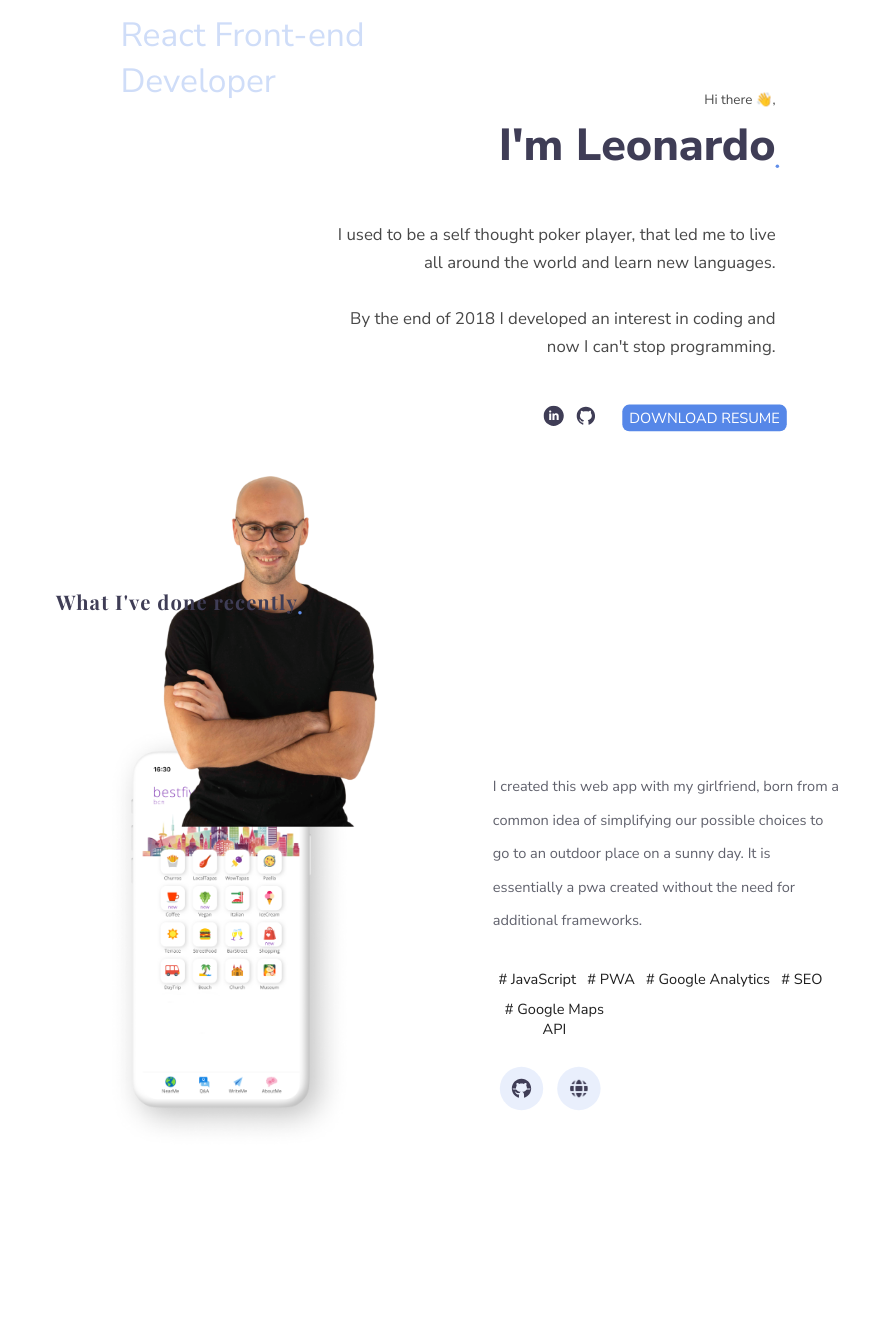
Repository: Easaaa/Portfolio-2020
Page: index.html
The author's editor kept a copy of each file at every save. The page is drawn from the files as they stood at one save, then again after the next save.
The browser window is 1280 px wide. The pictures show the part of the page from y = 0 to 1920 px (the page is 6588 px tall), at 70% of full size.
The style sheet was rebuilt from its Sass, Less or Tailwind sources for each picture, by a compiler version that may differ from the author's.

Above is the page before, as saved 2020-02-28 15:53:03.

### index.html
<!DOCTYPE html>
<html lang="en">
  <head>
    <meta charset="UTF-8" />
    <meta name="viewport" content="width=device-width, initial-scale=1.0" />
    <meta http-equiv="X-UA-Compatible" content="ie=edge" />
    <link rel="stylesheet" href="/stylesheets/css/main.css" />
    <title>leonardotononi.com</title>
  </head>
  <body>
    <header>
      <div class="actions">
        <div class="socials">
          <a target="_blank" href="https://www.linkedin.com/in/leonardo-tononi/"
            ><img src="/assets/linkedin-with-circle.svg" alt="linkedin icon"
          /></a>
          <a target="_blank" href="https://github.com/Easaaa"
            ><img src="/assets/github-filled.svg" alt="github icon"
          /></a>
        </div>
        <div class="resume-btn">
          <a href="#">Download Resume</a>
        </div>
      </div>

      <div class="content-header">
        <div class="text-header-col">
          <p class="sub-title">Hi there 👋,</p>
          <h1>
            I'm Leonardo
          </h1>
          <p class="about-title">
            I like learn <br />
            I’m indipendent <br />
            I’m courious
          </p>
          <p class="about-title-desktop">
            I used to be a self thought poker player, that led me to live all
            around the world and learn new languages. <br /><br />

            By the end of 2018 I developed an interest in coding and now I can't
            stop programming.
          </p>
          <div class="actions-desktop">
            <div class="socials">
              <a
                target="_blank"
                href="https://www.linkedin.com/in/leonardo-tononi/"
                ><img src="/assets/linkedin-with-circle.svg" alt="linkedin icon"
              /></a>
              <a target="_blank" href="https://github.com/Easaaa"
                ><img src="/assets/github-filled.svg" alt="github icon"
              /></a>
            </div>
            <div class="resume-btn">
              <a href="#">Download Resume</a>
            </div>
          </div>
          <h4>React Front-end Developer</h4>
        </div>
        <img
          src="/assets/leo-black.png"
          class="image-me-desktop"
          alt="leonardo photo"
        />
      </div>
    </header>
    <section class="works-section">
      <h2>
        What I've done recently
      </h2>
      <div class="work">
        <img src="/assets/bestfive.png" alt="iphone mockup" class="iphone" />
        <div class="work-details">
          <p>
            I created this web app with my girlfriend, born from a common idea
            of ​​simplifying our possible choices to go to an outdoor place on a
            sunny day. It is essentially a pwa created without the need for
            additional frameworks.
          </p>
          <ul class="lan-tag">
            <li># JavaScript</li>
            <li># PWA</li>
            <li># Google Analytics</li>
            <li># SEO</li>
            <li style="width: 11rem;"># Google Maps API</li>
          </ul>
          <div class="project-links">
            <a target="_blank" href="https://github.com/Easaaa/Bestfive-bcn"
              ><img src="/assets/github.svg" alt="git hub icon"
            /></a>
            <a target="_blank" href="https://bestfivebcn.com"
              ><img src="/assets/web.png" alt="world icon"
            /></a>
          </div>
        </div>
      </div>
      <div class="work odds">
        <img
          src="/assets/toureo-admin.png"
          alt="laptop mockup"
          class="desktop"
        />
        <div class="work-details">
          <p>
            After creating the first application and having hard coded the data,
            clearly not the smartest thing, I thought of creating an
            administration page from where I can create and manage the data from
            the database and then pull it from the mobile web app.
            <em
              >If you want have a look, write me an email, because you need the
              access.</em
            >
          </p>
          <ul class="lan-tag">
            <li># React.js</li>
            <li style="width: 10rem;"># Firebase Auth</li>
            <li># Firestore</li>
          </ul>
          <div class="project-links">
            <a
              target="_blank"
              href="https://github.com/Easaaa/admin-app-bestfive"
              ><img src="/assets/github.svg" alt="git hub icon"
            /></a>
            <a target="_blank" href="https://bestfivebcn.netlify.com/"
              ><img src="/assets/web.png" alt="world icon"
            /></a>
          </div>
        </div>
      </div>
      <div class="work">
        <img
          src="/assets/hotel-vittoria.png"
          alt="laptop mockup"
          class="desktop"
        />
        <div class="work-details">
          <p>
            This project with a italian hotel was my first approach to
            programming. In 2018 I made a web site with multilingual support
            with plain Html, css and JavaScript. On this
            <a target="_blank" href="https://vittoriahotel.eu">link</a> you can
            see the previous web and below you can see the new web app that is
            nearly ready to be deployed and so how my skills and tastes have
            evolved.
          </p>
          <ul class="lan-tag">
            <li># Gatsby.js</li>
            <li># Mobile View</li>
            <li># Booking.com API</li>
          </ul>
          <div class="project-links">
            <a
              target="_blank"
              href="https://github.com/Easaaa/hotel-vittoria-2020"
              ><img src="/assets/github.svg" alt="git hub icon"
            /></a>
            <a target="_blank" href="https://hotelvittoria.netlify.com/"
              ><img src="/assets/web.png" alt="world icon"
            /></a>
          </div>
        </div>
      </div>
      <div class="work odds">
        <img
          src="/assets/books-manager.png"
          alt="laptop mockup"
          class="desktop"
        />
        <div class="work-details">
          <p>
            This is a simple project made with react redux to test my
            understanding and the power of this stack.
          </p>
          <ul class="lan-tag">
            <li># React.js</li>
            <li># Redux</li>
            <li># Firebase Auth</li>
            <li># Google Books APIs</li>
          </ul>
          <div class="project-links">
            <a target="_blank" href="https://github.com/Easaaa/Book-manager"
              ><img src="/assets/github.svg" alt="git hub icon"
            /></a>
            <a target="_blank" href="https://books-manager.netlify.com/"
              ><img src="/assets/web.png" alt="world icon"
            /></a>
          </div>
        </div>
      </div>
      <h2>
        What I'm currently working on
      </h2>
      <div class="work">
        <img
          src="/assets/toureo-proto.png"
          alt="iphone mockup"
          class="iphone"
        />
        <div class="work-details">
          <p>
            I am recreating the first application (bestfive). The aim is to
            create the application with React Native, building more complex
            features, such as a more functional map, with filters and better
            interactions.
          </p>
          <ul class="lan-tag">
            <li># ReactNative</li>
            <li># Firebase</li>
          </ul>
          <div class="project-links"></div>
        </div>
      </div>
    </section>
    <section class="skill-section">
      <h2>
        Skills
      </h2>
      <ul class="skills">
        <li><img src="/assets/icon-skills/javascript.svg" alt="" /></li>
        <li><img src="/assets/icon-skills/react.svg" alt="" /></li>
        <li><img src="/assets/icon-skills/redux.svg" alt="" /></li>
        <li><img src="/assets/icon-skills/gatsby.svg" alt="" /></li>
        <li><img src="/assets/icon-skills/firebase.svg" alt="" /></li>
        <li><img src="/assets/icon-skills/sass.svg" alt="" /></li>
        <li><img src="/assets/icon-skills/html-5.svg" alt="" /></li>
        <li><img src="/assets/icon-skills/css-3.svg" alt="" /></li>
        <li><img src="/assets/icon-skills/logo-pwa.svg" alt="" /></li>
        <li><img src="/assets/icon-skills/figma.svg" alt="" /></li>
      </ul>
    </section>
    <footer>
      <h2>How to contact me</h2>
      <p>
        I am available for freelancer jobs and to work in your company. If you
        think I would be a good fit for you, send me an email.
      </p>
      <a href="mailto:leonardotononi@gmail.com" target="_top">
        <h5>leonardotononi@gmail.com</h5></a
      >
      <a href="/CV ENG - 02:2020.pdf" download>Download resume</a>
      <div class="social-links">
        <a target="_blank" href="https://www.linkedin.com/in/leonardo-tononi/"
          ><img src="/assets/linkedin-with-circle.svg" alt="linkedin icon"
        /></a>
        <a target="_blank" href="https://github.com/Easaaa"
          ><img src="/assets/github-filled.svg" alt="github icon"
        /></a>
      </div>
    </footer>
  </body>
</html>

### stylesheets/scss/main.scss
@import url("https://fonts.googleapis.com/css?family=Nunito+Sans:400,600,700,800&display=swap");
@import url("https://fonts.googleapis.com/css?family=Playfair+Display:500,700&display=swap");

* {
  padding: 0;
  margin: 0;
  box-sizing: border-box;
}

html {
  height: 100%;
  font-family: "Nunito Sans", sans-serif;
  -ms-text-size-adjust: 100%;
  -webkit-text-size-adjust: 100%;
}

body {
  width: 100%;
  height: 100%;
  -webkit-font-smoothing: antialiased;
  -moz-osx-font-smoothing: grayscale;
  font-size: 16px;
  display: block;
  min-width: 100%;
  margin-right: auto;
  margin-left: auto;
  float: right;
  clear: none;
  color: #1e1e1e;
  font-style: normal;
}

// GENERAL STYLE

ul li {
  list-style: none;
}

h2 {
  font-size: 1.8rem;
  color: #3f3d56;
  font-weight: 900;
  position: relative;
  font-family: "Playfair Display", serif;
  letter-spacing: 1.6px;

  &:after {
    content: "";
    width: 5px;
    height: 5px;
    background-color: #618ee9;
    border-radius: 50%;
    bottom: 0;
    position: absolute;
  }
}

a {
  cursor: pointer;
}

// HEADER

header {
  width: 100%;
  padding: 1rem 0 4rem 0;
  height: 90vh;

  .actions-desktop {
    display: none
  }

  .actions {
    padding: 0 1rem;
    width: 100%;
    display: flex;
    justify-content: space-between;

    img {
      margin: 0 5px;
      width: 30px;
    }

    .resume-btn {
      padding-top: 4px;

      a {
        background-color: #5687E8;
        padding: 5px 10px;
        border-radius: 10px;
        color: #fff;
        text-decoration: none;
        text-transform: uppercase;
        transition: background-color 150ms ease-in-out;

        &:hover {
          background-color: #4670c5;
        }
      }
    }
  }

  .content-header {
    padding: 3rem 0;
    border-radius: 5px;
    height: 450px;
    top: 50%;
    position: relative;
    margin-top: -225px;

    .sub-title {
      font-size: 1.2rem;
      padding: 0 2rem;
    }

    .about-title-desktop {
      display: none;
    }
  }

  h1 {
    color: #3f3d56;
    font-size: 2.5rem;
    text-align: end;
    font-weight: 900;
    padding: 0 2rem;
    position: relative;

    &:after {
      content: "";
      width: 5px;
      height: 5px;
      background-color: #618ee9;
      border-radius: 50%;
      bottom: 0.7rem;
      position: absolute;
    }
  }

  h4 {
    color: #3f3d56a1;
    padding: 1rem 2rem;
    font-size: 1.7rem;
    text-align: end;
    color: #618EE9;
  }

  p {
    color: #484848;
    text-align: end;
    font-weight: 400;
    font-size: 1.7rem;
    padding: 1rem 2rem;
    line-height: 2.5rem;
    margin: 0;
  }

  .socials-header {
    padding: 3rem 1rem 0rem 1rem;

    a img {
      width: 30px;
    }
  }



  .image-me-desktop,
  .image-me-mobile {
    max-width: 80%;
    margin: 0 auto -6px 20px;
    mix-blend-mode: normal;
  }

  .image-me-desktop {
    display: none;
  }
}

// WORKS

.works-section {
  max-width: 1400px;
  margin: 0 auto;
  padding: 1rem 2rem;

  img {
    width: 100%;
    margin: 0 auto;
    max-width: 450px;
    display: block;
    object-fit: cover;
    transition: transform 150ms ease-in;

    &:hover {
      transform: scale(1.05);
    }
  }

  .work {
    padding: 5rem 0;

    em {
      font-weight: 100;
    }

    .project-links {
      padding: 1rem 0;
      display: inline-flex;

      a {
        padding: 1rem;
        color: #fff;
        background-color: #618ee924;
        margin: 0 10px;
        border-radius: 50%;
      }

      img {
        width: 30px;
      }
    }
  }

  .iphone {
    width: 70%;
  }

  .desktop {
    max-width: 700px;
  }

  p {
    color: #61626d;
    padding: 1.3rem 0;
    line-height: 35px;
    font-size: 1.3rem;

    a {
      color: #5687e8;
    }
  }

  .lan-tag {
    padding: 1rem 0;
    display: flex;
    flex-wrap: wrap;
    justify-content: flex-start;

    li {
      padding: 0.5rem;
      font-size: 1.3rem;
      text-align: center;
      border-radius: 40px;
    }

    .js {
      background-color: #f7df1e;
    }

    .react {
      background-color: #00d8ff;
    }

    .firebase {
      background-color: #fcca3f;
    }

    .redux {
      background-color: #764abc;
    }

    .pwa {
      background-color: #a34a4a;
      color: #fff;
    }
  }
}

// SKILLS

.skill-section {
  padding: 5rem 2rem;

  h2 {
    margin-bottom: 2rem;
  }

  .skills {
    display: flex;
    flex-wrap: wrap;
    justify-content: space-evenly;

    li {
      width: 100px;
      text-align: center;
      padding: 1rem;

      img {
        width: 40px;
      }
    }
  }
}

// FOOTER

footer {
  padding: 2rem;

  h2 {
    margin-bottom: 2rem;
  }

  p {
    color: #61626d;
    text-align: start;
    font-weight: 400;
    line-height: 2.5rem;
    padding-bottom: 2rem;
    font-size: 1.3rem;
  }

  h5 {
    font-size: 1.2rem;
    font-weight: 400;
    color: #5687e8;
    padding-bottom: 2rem;
  }

  a {
    color: #5687e8;
  }

  .social-links {
    padding: 2rem 0;
    width: 100%;
    text-align: start;

    img {
      width: 30px;
      margin-right: 10px;
      color: #3f3d56;
    }

    a {
      text-decoration: none;
      color: #3f3d56;
    }
  }
}

@media only screen and (min-width: 700px) {
  body {
    font-size: 1.3rem;
  }

  header {
    max-width: 750px;
    margin: 0 auto;
  }

  .works-section {
    padding: 5rem;

    .odds:last-of-type {
      padding: 3rem 0;
    }

    .work {
      padding: 10rem 0;

      p {
        line-height: 3rem;
      }
    }

    .desktop {
      padding-bottom: 4rem;
    }
  }

  .skill-section {
    padding: 5rem 2rem;

    .skills li img {
      width: 50px;
    }
  }

  footer {
    padding: 12rem 0;
  }
}

@media only screen and (min-width: 1000px) {

  header {
    max-width: 1000px;

    .actions {
      display: none;
    }

    .actions-desktop {
      padding: 0 1rem;
      width: 100%;
      display: flex;
      justify-content: flex-end;

      img {
        margin: 0 5px;
        width: 30px;
        transition: transform 50ms ease-in;
      }

      .socials {
        padding-right: 2rem;

        img:hover {
          transform: scale(1.1);
        }
      }

      .resume-btn {
        padding-top: 4px;

        a {
          background-color: #5687E8;
          padding: 5px 10px;
          border-radius: 10px;
          color: #fff;
          text-decoration: none;
          text-transform: uppercase;
          transition: background-color 150ms ease-in-out;

          &:hover {
            background-color: #4670c5;
          }
        }
      }
    }

    h1 {
      font-size: 4rem;
    }

    h4 {
      font-size: 3rem;
      opacity: 0.3;
      font-weight: 400;
      width: 600px;
      text-align: start;
      position: fixed;
      top: 0;
    }

    p {
      font-size: 1.5rem;
    }

    .content-header {
      .about-title-desktop {
        display: inline-block;
        padding: 4rem 2rem;
        margin-left: 300px;
      }

      .about-title {
        display: none;
      }

      .image-me-desktop {
        display: inline-block;
      }
    }


  }


  .image-me-mobile {
    display: none;
  }



  .works-section {
    padding: 12rem 5rem;

    .work {
      display: grid;
      grid-template-columns: 1fr 1fr;
      grid-gap: 8rem;
      place-content: center;
      place-items: center;

      .lan-tag {
        justify-content: flex-start;
      }
    }

    .odds {
      img {
        order: 2;
      }

      p {
        text-align: end;
      }

      .lan-tag {
        justify-content: flex-end;
      }

      .project-links {
        justify-content: flex-end;
        width: 100%;
      }
    }
  }

  .skill-section {
    max-width: 1000px;
    background-color: #d7dce44a;
    margin: 0 auto;
  }

  footer {
    max-width: 1000px;
    margin: 0 auto;
  }
}

After the next save:
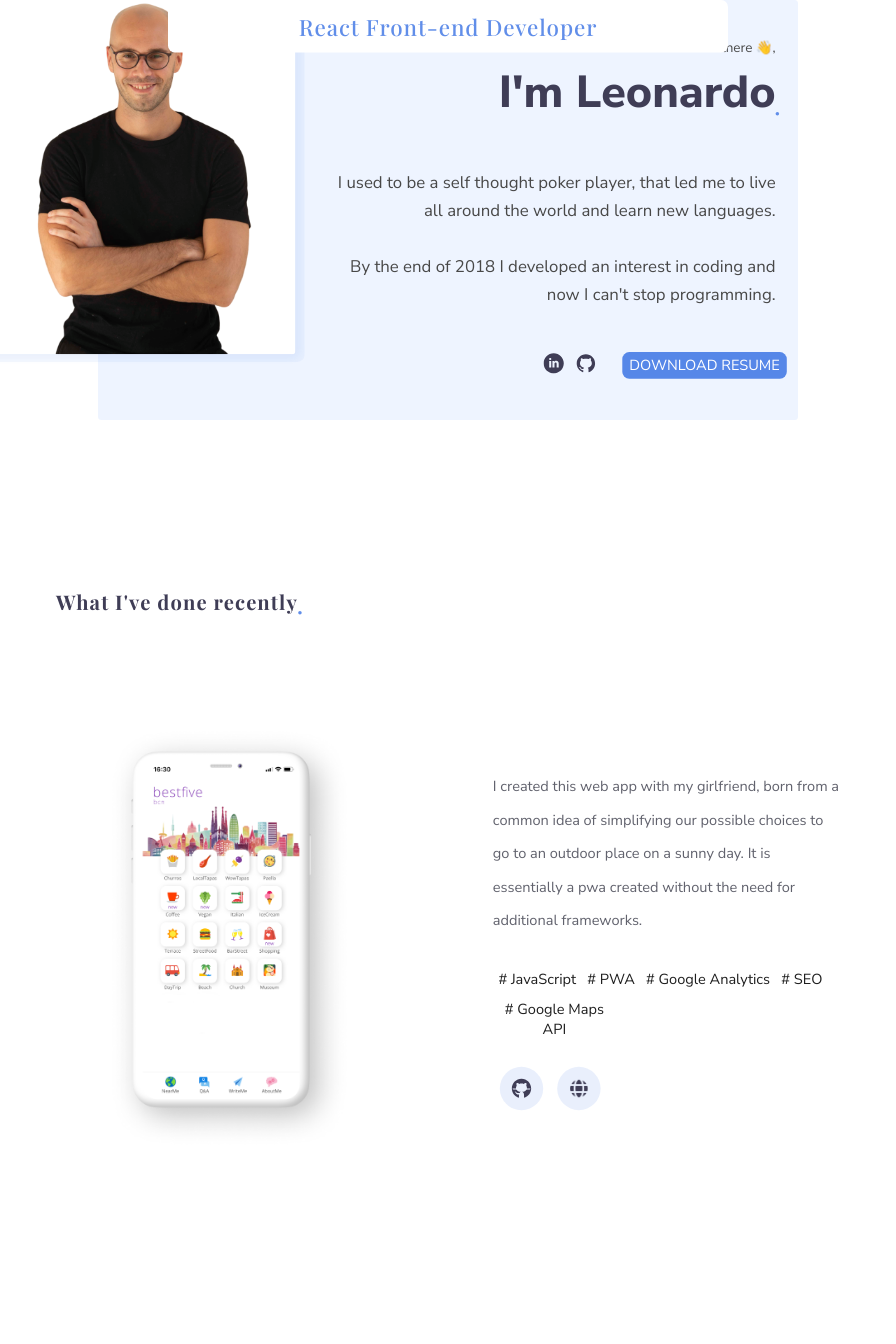
Saved 15 min 59 s later.
--- a/stylesheets/scss/main.scss
+++ b/stylesheets/scss/main.scss
@@ -446,13 +446,20 @@
     }
 
     h4 {
-      font-size: 3rem;
-      opacity: 0.3;
+      font-size: 2rem;
+      /* opacity: 0.3; */
       font-weight: 400;
-      width: 600px;
-      text-align: start;
+      width: 800px;
+      letter-spacing: 1.3px;
+      text-align: center;
       position: fixed;
+      left: 50%;
+      z-index: 3;
+      font-family: "Playfair Display", serif;
+      background: white;
       top: 0;
+      margin-left: -400px;
+      border-radius: 10px;
     }
 
     p {
@@ -460,6 +467,14 @@
     }
 
     .content-header {
+      padding: 3rem 0;
+      border-radius: 5px;
+      height: 600px;
+      top: 50%;
+      position: relative;
+      margin-top: -300px;
+      background: #eef4ff;
+
       .about-title-desktop {
         display: inline-block;
         padding: 4rem 2rem;
@@ -472,6 +487,12 @@
 
       .image-me-desktop {
         display: inline-block;
+        position: absolute;
+        bottom: 100px;
+        left: -180px;
+        box-shadow: 8px 6px 0px 5px #5687e80f, -3px -3px 9px 10px #5687e812;
+        background: #ffffff;
+        border-radius: 5px;
       }
     }
 
